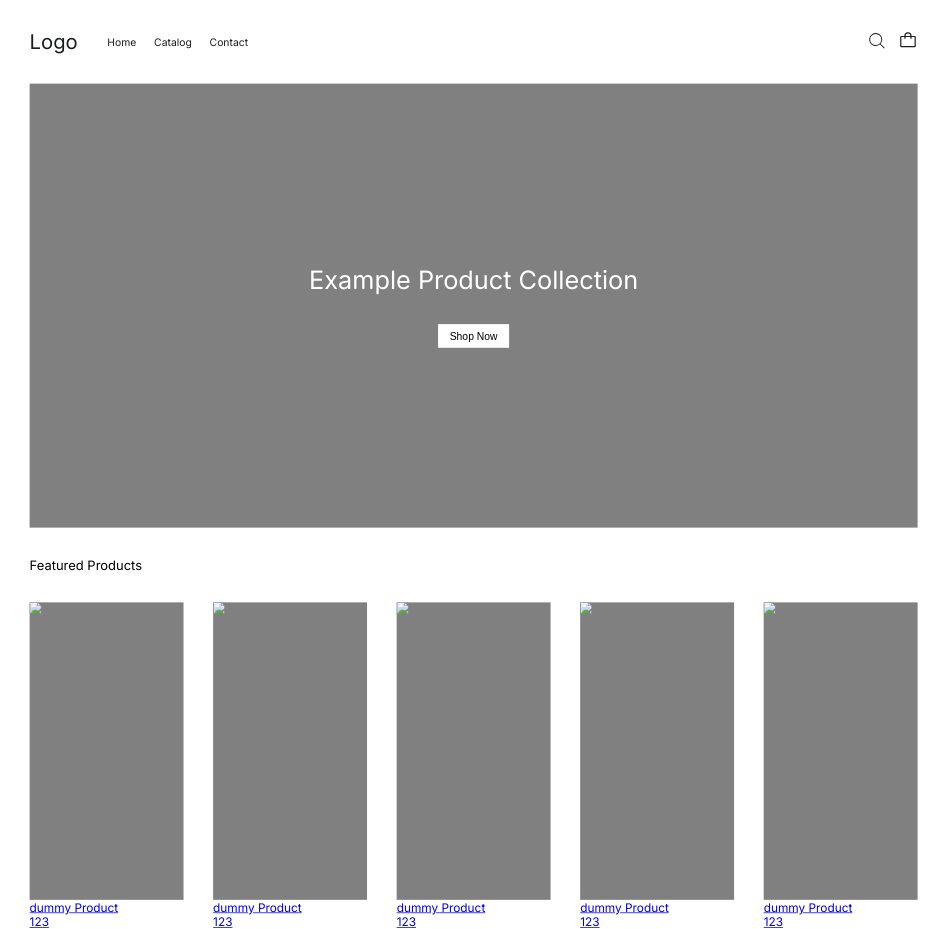
Repository: David-Waite/ecommercefrontendTemplate
Page: /
An editor plug-in stored every save of this project. The page is shown before and after the next save, followed by the edit.
The browser window is 1280 px wide. The pictures show the whole page, at 74% of full size.
The project was rebuilt for these pictures with package versions that can differ from the ones it lists, and the page was loaded fresh each time. The framework's server and built-in components were replaced by stand-ins that run in the browser. Also part of the build but not shown: next.config.js.

Above is the page before, as saved 2023-08-24 20:01:05.

### app/layout.js
import Nav from "./Components/Nav/Nav";
import "./globals.css";
import { Inter } from "next/font/google";

const inter = Inter({ subsets: ["latin"] });

export const metadata = {
  title: "Create Next App",
  description: "Generated by create next app",
};

export default function RootLayout({ children }) {
  return (
    <html lang="en">
      <body className={inter.className}>
        <Nav />
        {children}
      </body>
    </html>
  );
}

### app/page.js
import Image from "next/image";
import styles from "./page.module.css";
import Link from "next/link";
import PrimaryButton from "./Components/UI/PrimaryButton/PrimaryButton";
import ProductGrid from "./Components/UI/ProductsGrid/ProductGrid";
import ProductCard from "./Components/UI/ProductCard/ProductCard";

export default function Home() {
  const DUMMYFEATUREDPRODUCTS = [
    {
      id: "1",
      image: "",
      name: "dummy Product",
      price: 123.0,
    },
    {
      id: "2",
      image: "",
      name: "dummy Product",
      price: 123.0,
    },
    {
      id: "3",
      image: "",
      name: "dummy Product",
      price: 123.0,
    },
    {
      id: "4",
      image: "",
      name: "dummy Product",
      price: 123.0,
    },
    {
      id: "5",
      image: "",
      name: "dummy Product",
      price: 123.0,
    },
  ];

  const featuredProducts = DUMMYFEATUREDPRODUCTS.map(
    ({ id, image, name, price }) => {
      return (
        <ProductCard key={id} image={image} name={name} price={price} id={id} />
      );
    }
  );
  return (
    <main className={styles.main}>
      <div className={styles.heroImage}>
        <h1>Example Product Collection</h1>
        <Link href={"#"}>
          <PrimaryButton text={"Shop Now"} />
        </Link>
      </div>

      <h2 className={styles.featuredProductHeading}>Featured Products</h2>
      <ProductGrid>{featuredProducts}</ProductGrid>
    </main>
  );
}

### app/Components/Nav/Nav.js
"use client";
import Link from "next/link";
import { useState } from "react";
import {
  PiMagnifyingGlassLight,
  PiBag,
  PiListLight,
  PiXLight,
} from "react-icons/pi";
import styles from "./Nav.module.css";

export default function Nav() {
  const [navOpen, setNavOpen] = useState(false);

  function toggleMenu() {
    setNavOpen((prev) => !prev);
  }
  return (
    <nav className={styles.nav}>
      <div className={styles.menu} onClick={toggleMenu}>
        {!navOpen && <PiListLight fontSize={24} />}
        {navOpen && <PiXLight fontSize={24} />}
      </div>

      <div className={styles.moblieMenu} style={{ width: !navOpen && "0" }}>
        <Link href="/">Home</Link>
        <Link href="#">Catalog</Link>
        <Link href="#">Contact</Link>
      </div>
      <div className={styles.linksContainer}>
        <Link className={styles.logo} href="/">
          Logo
        </Link>
        <div className={styles.pagesContainer}>
          <Link href="/">Home</Link>
          <Link href="#">Catalog</Link>
          <Link href="#">Contact</Link>
        </div>
      </div>
      <div className={styles.iconsContainer}>
        <Link href="#">
          <PiMagnifyingGlassLight fontSize={26} />
        </Link>
        <Link href="#">
          <PiBag fontSize={26} />
        </Link>
      </div>
    </nav>
  );
}

### app/globals.css
:root {
  --primary: ;
  --black: #191d1b;
  --background: #ffffff;
  --white: #ffffff;
  --grey: #606060;
  --hoverGrey: #c5c5c5;
  --error: #a83c23;
  --max-width: 1500px;
  --fontBase: 17.5px;
  --fontPlus1: 21.88px;
  --fontPlus2: 27.34px;
  --fontPlus3: 34.18px;
  --fontMinus1: 14px;
  --fontMinus2: 11.2px;
  --marginMax: 40px;
  --margin1000: 32px;
  --marginMobile: 16px;
}

* {
  padding: 0;
  margin: 0;
  box-sizing: border-box;
}

### app/page.module.css
.main {
  margin: 0px auto;
  padding: 0px 40px;
  max-width: calc(var(--max-width) + 80px);
}
.heroImage {
  width: 100%;
  height: 600px;
  background-color: grey;
  display: flex;
  gap: 40px;
  flex-direction: column;
  align-items: center;
  justify-content: center;
}

.heroImage h1 {
  font-size: var(--fontPlus3);
  font-weight: 400;
  color: white;
}

.featuredProductHeading {
  margin: 40px 0;
  font-size: var(--fontBase);
  font-weight: 400;
}

@media (max-width: 1000px) {
  .main {
    padding: 0px var(--margin1000);
  }
}
@media (max-width: 768px) {
  .main {
    padding: 0px var(--marginMobile);
  }
}

### app/Components/UI/PrimaryButton/PrimaryButton.js
import Link from "next/link";
import styles from "./PrimaryButton.module.css";

export default function PrimaryButton({ text }) {
  return <button className={styles.container}>{text}</button>;
}

### app/Components/UI/ProductsGrid/ProductGrid.js
import styles from "./ProductGrid.module.css";
export default function ProductGrid({ children }) {
  return <div className={styles.main}>{children}</div>;
}

### app/Components/UI/ProductCard/ProductCard.js
import Image from "next/image";
import Link from "next/link";
import styles from "./ProductCard.module.css";

export default function ProductCard({ image, name, price, id }) {
  return (
    <Link href={`/catalog/product${id}`}>
      <div className={styles.imageContainer}>
        <Image src={image} fill={true} alt={name} />
      </div>
      <p className={styles.name}>{name}</p>
      <p className={styles.price}>{price}</p>
    </Link>
  );
}

### app/Components/Nav/Nav.module.css
.nav {
  display: flex;
  align-items: center;
  justify-content: space-between;
  margin: 0px auto;
  padding: 40px;
  max-width: calc(var(--max-width) + 80px);
  position: relative;
}

.linksContainer {
  display: flex;
  align-items: center;
  justify-content: center;
  gap: 40px;
}

.pagesContainer {
  display: flex;
  gap: 24px;
}

.pagesContainer {
  font-size: var(--fontMinus1);
}

.iconsContainer {
  display: flex;
  gap: 16px;
}
.nav a {
  text-decoration: none;
  color: var(--black);
}

.logo {
  font-size: var(--fontPlus2);
}
.moblieMenu {
  position: absolute;
  flex-direction: column;
  width: 400px;
  left: 0;
  top: 113px;
  height: calc(100vh - 113px);
  transition: 0.3s;
  overflow: hidden;
}
.moblieMenu a {
  padding: 16px 32px;
}

.moblieMenu a:hover {
  background-color: var(--hoverGrey);
}
.menu,
.moblieMenu {
  display: none;
}
@media (max-width: 1000px) {
  .nav {
    padding: 40px var(--margin1000);
  }
  .pagesContainer {
    display: none;
  }
  .menu {
    display: block;
  }
  .moblieMenu {
    display: flex;
  }
  .logo {
    margin-left: 42px;
  }
}
@media (max-width: 768px) {
  .nav {
    padding: 40px var(--marginMobile);
  }
  .moblieMenu {
    width: 90vw;
  }
}

### app/Components/UI/PrimaryButton/PrimaryButton.module.css
.container {
  background-color: white;
  padding: 8px 16px;
  border: none;
  cursor: pointer;
  font-size: var(--fontMinus1);
}

.container:hover {
  background-color: var(--hoverGrey);
}

### app/Components/UI/ProductsGrid/ProductGrid.module.css
.main {
  display: grid;
  grid-template-columns: repeat(5, 1fr);
  gap: 40px;
}

@media (max-width: 1200px) {
  .main {
    grid-template-columns: repeat(4, 1fr);
  }
}

@media (max-width: 1100px) {
  .main {
    grid-template-columns: repeat(3, 1fr);
  }
}

@media (max-width: 778px) {
  .main {
    grid-template-columns: repeat(2, 1fr);
    gap: 8px;
  }
}

### app/Components/UI/ProductCard/ProductCard.module.css
.imageContainer {
  height: calc((((1500px - 160px) / 5) * 1.5));
  position: relative;
  /* (total view width / amount of padding total (container + total gap)) / amount of col - 3 * 2) */
  background-color: grey;
}

@media (max-width: 1000px) {
  .imageContainer {
    height: calc((((100vw - 102px) / 2) / 3) * 3);
    /* (total view width / amount of padding total (container + total gap)) / amount of col - 3 * 2) */
  }
}

After the next save:
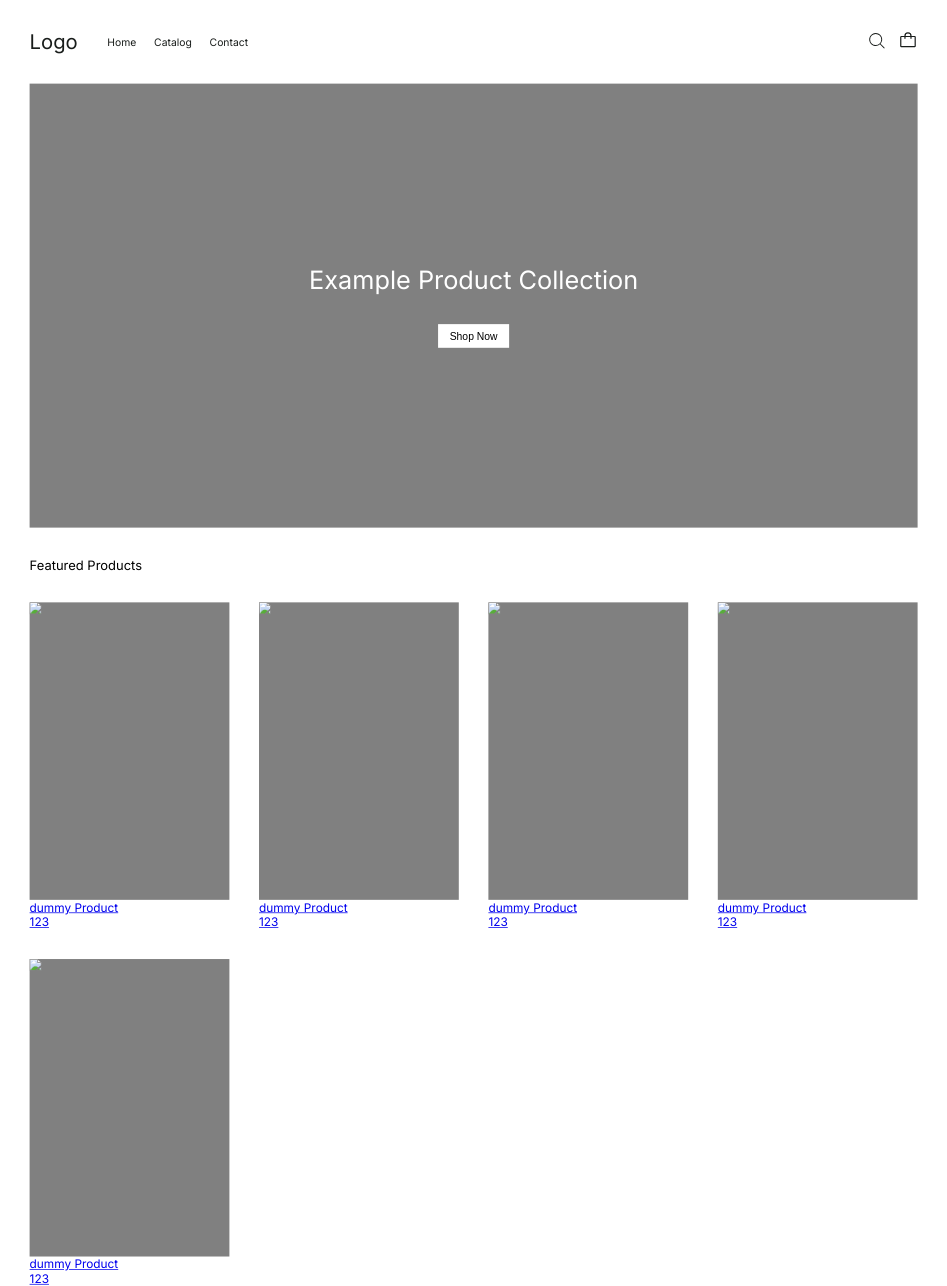
Saved 18 s later.
--- a/app/Components/UI/ProductsGrid/ProductGrid.module.css
+++ b/app/Components/UI/ProductsGrid/ProductGrid.module.css
@@ -1,6 +1,6 @@
 .main {
   display: grid;
-  grid-template-columns: repeat(5, 1fr);
+  grid-template-columns: repeat(4, 1fr);
   gap: 40px;
 }
 

After the save that followed:
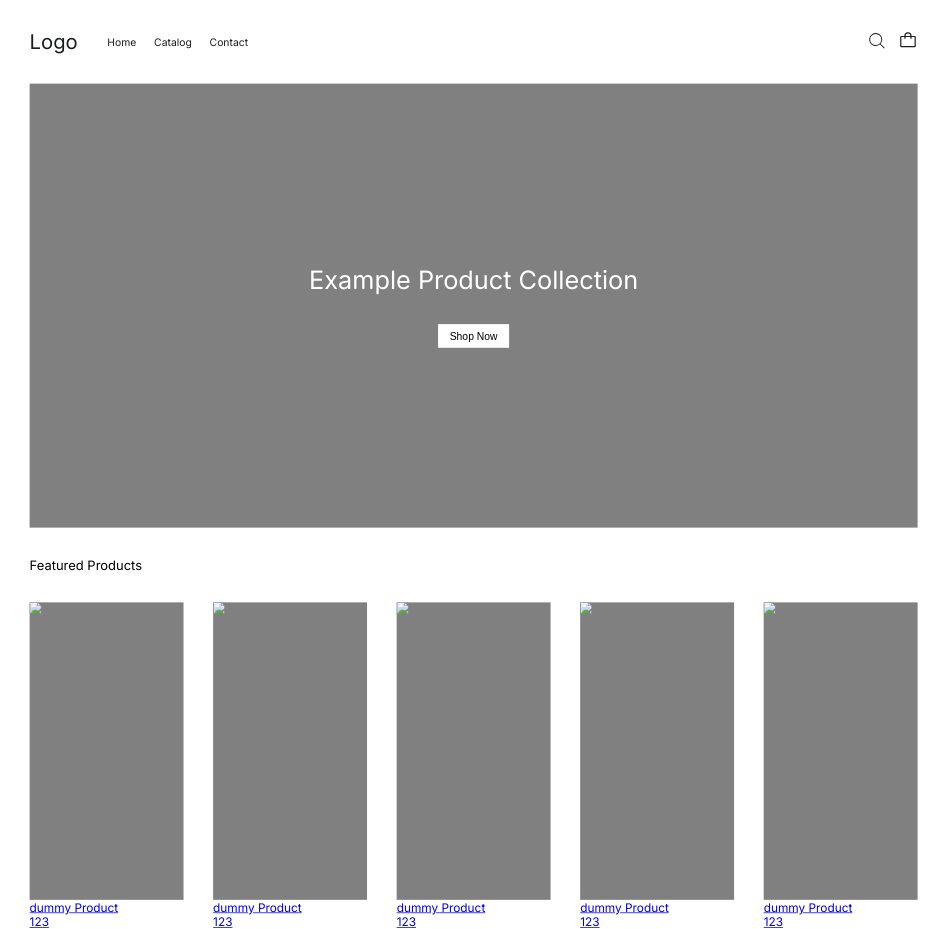
Saved 5 s later.
--- a/app/Components/UI/ProductsGrid/ProductGrid.module.css
+++ b/app/Components/UI/ProductsGrid/ProductGrid.module.css
@@ -1,6 +1,6 @@
 .main {
   display: grid;
-  grid-template-columns: repeat(4, 1fr);
+  grid-template-columns: repeat(5, 1fr);
   gap: 40px;
 }
 
